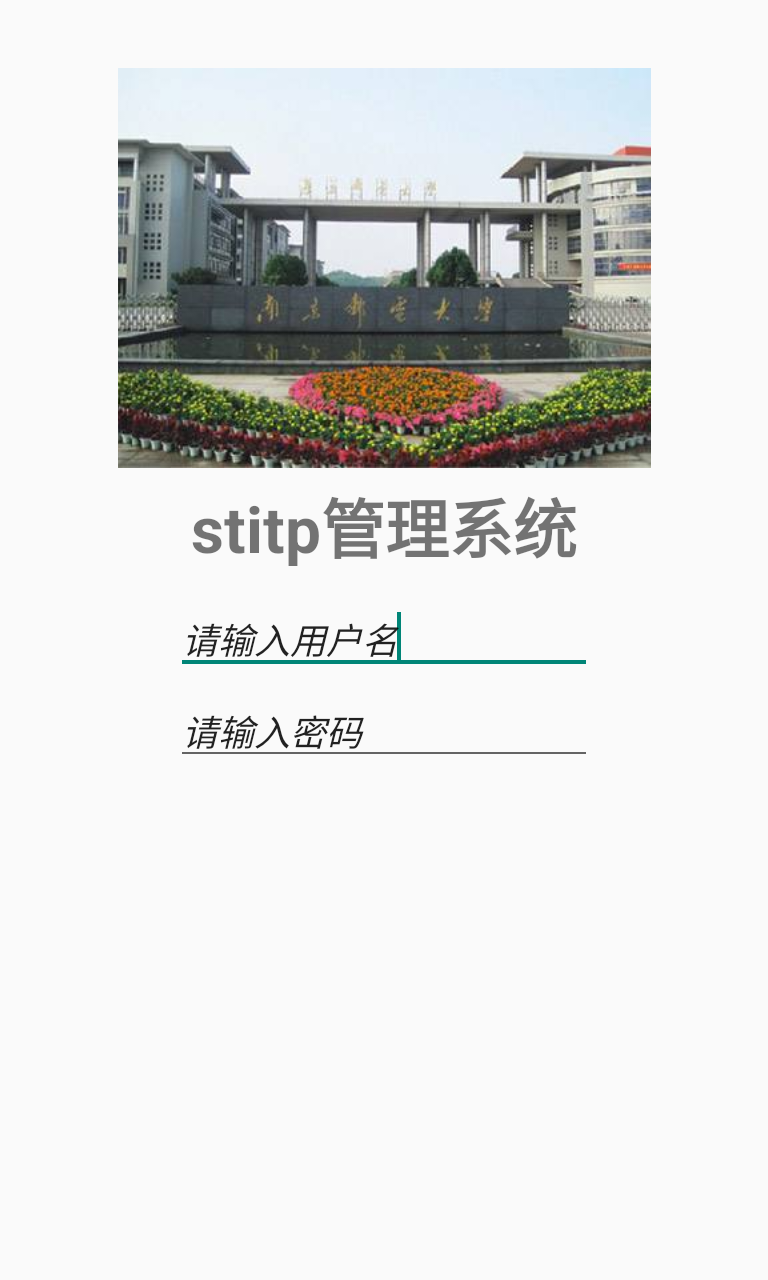
Repository: weizhaopeng/zhou_stitp
Layout: workspace/zhou/res/layout/fragment_main.xml
An editor plug-in stored every save of this project. The layout is shown before and after the next save, followed by the edit.
It is drawn on a 768 x 1280 px phone screen (xhdpi) without system bars, with theme AppTheme; the app's code is not run.

Above is the layout before, as saved 2018-11-28 03:28:11.

After the next save:
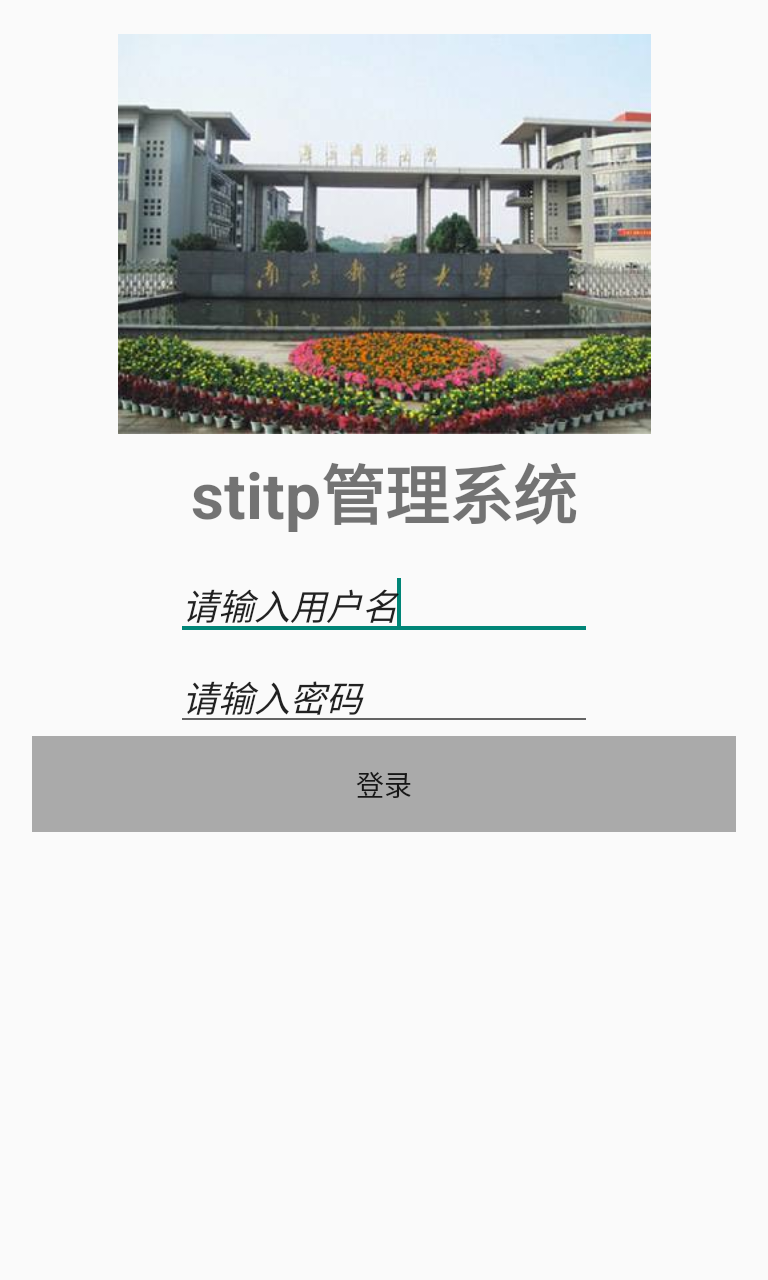
Saved 6 s later.
--- a/workspace/zhou/res/layout/fragment_main.xml
+++ b/workspace/zhou/res/layout/fragment_main.xml
@@ -9,19 +9,20 @@
     tools:context="com.example.zhou.MainActivity$PlaceholderFragment" >
 
     <LinearLayout
-        android:id="@+id/linearLayout1"
+        android:id = "@+id/linearLayout1"
+        android:contentDescription = "主界面中图片和静态文字部件"
         android:layout_width="match_parent"
         android:layout_height="wrap_content"
         android:layout_alignParentTop="true"
         android:layout_centerHorizontal="true"
-        android:layout_marginTop="18dp"
+        android:layout_marginTop="1dp"
         android:orientation="vertical" >
 
         <ImageView
             android:id="@+id/main_njupt"
+            android:contentDescription="主界面中的南邮图片"
             android:layout_width="match_parent"
             android:layout_height="wrap_content"
-            android:contentDescription="主界面中的南邮图片"
             android:src="@drawable/njupt" />
 
         <TextView
@@ -75,13 +76,18 @@
         android:contentDescription="输入按钮布局"
         android:layout_width="match_parent"
         android:layout_height="wrap_content"
-        android:layout_below="@+id/main_input"
-        android:layout_centerHorizontal="true">
+        android:layout_below="@+id/main_input">
+
         <Button
-            android:text="@string/"/>
-
+            android:id="@+id/main_load"
+            android:contentDescription="主界面登录按钮"
+            android:layout_width="match_parent"
+            android:layout_height="wrap_content"
+            android:layout_gravity="center_horizontal"
+            android:background="@android:color/darker_gray"
+            android:text="@string/load"
+            android:gravity="center" />
 
     </LinearLayout>
 
-
 </RelativeLayout>
